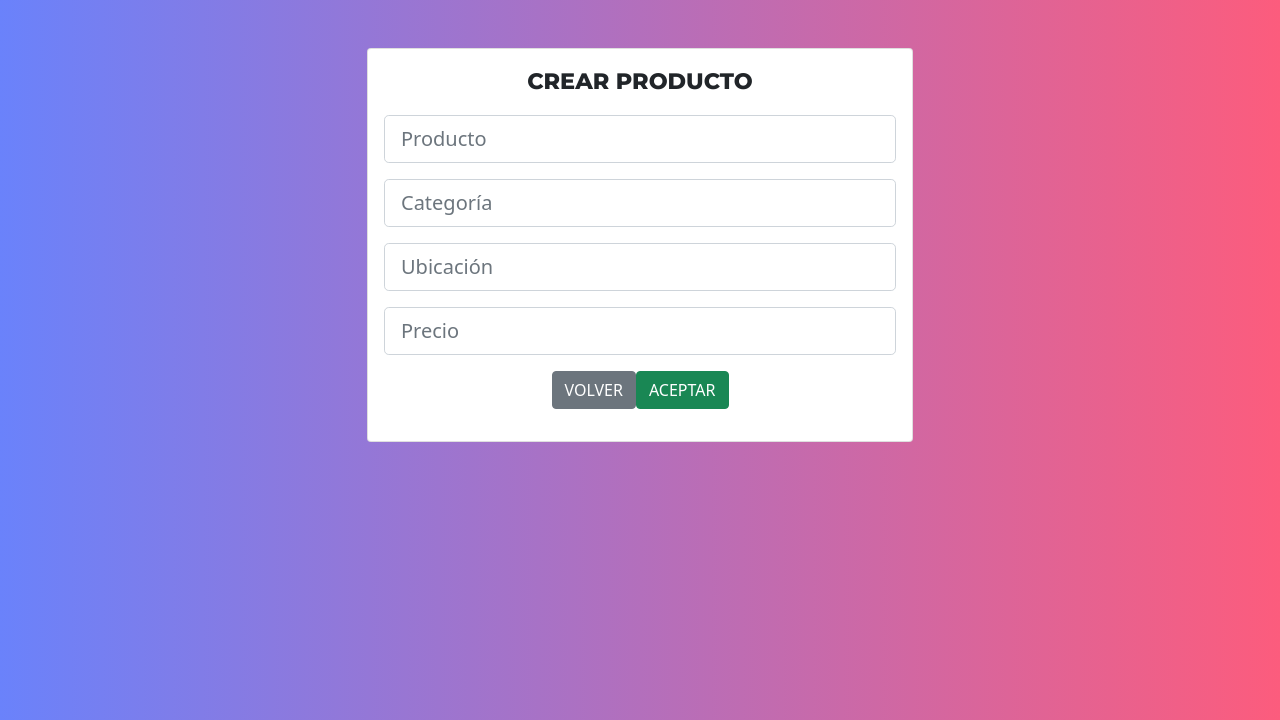
Repository: vivianaleivagalvez/crud_angular
Page: /crear-producto
An editor plug-in stored every save of this project. The page is shown before and after the next save, followed by the edit.
The browser window is 1280 px wide. The pictures show the whole page.
The project was rebuilt for these pictures with package versions that can differ from the ones it lists, and the page was loaded fresh each time. Also part of the build but not shown: angular.json, src/app/components/listar-productos/listar-productos.component.ts.

Above is the page before, as saved 2022-01-27 10:02:06.

After the next save:
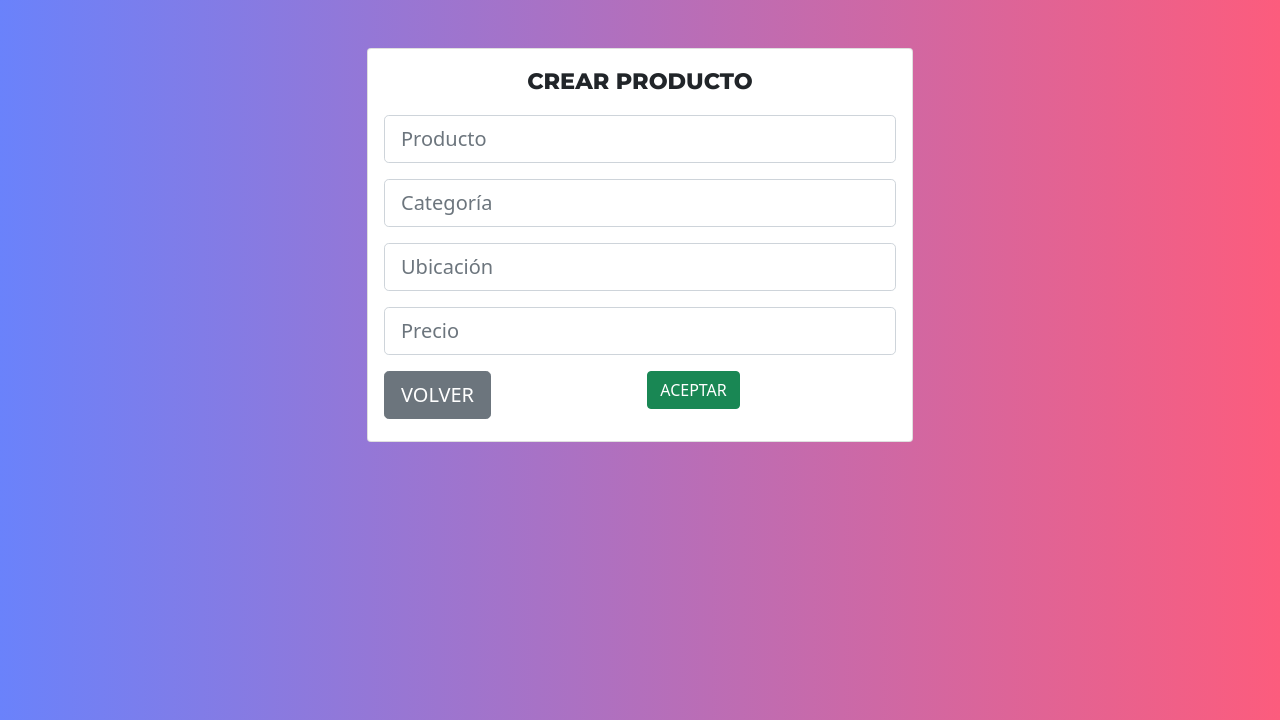
Saved 16 s later.
--- a/src/app/components/crear-producto/crear-producto.component.html
+++ b/src/app/components/crear-producto/crear-producto.component.html
@@ -18,7 +18,7 @@
               <input type="number" class="form-control form-control-lg" placeholder="Precio">
             </div>
             <div class="mb-3">
-              <button class="btn btn-secondary">VOLVER</button>
+              <button class="btn btn-secondary btn-lg float-start">VOLVER</button>
               <button class="btn btn-success">ACEPTAR</button>
             </div>
           </form>
